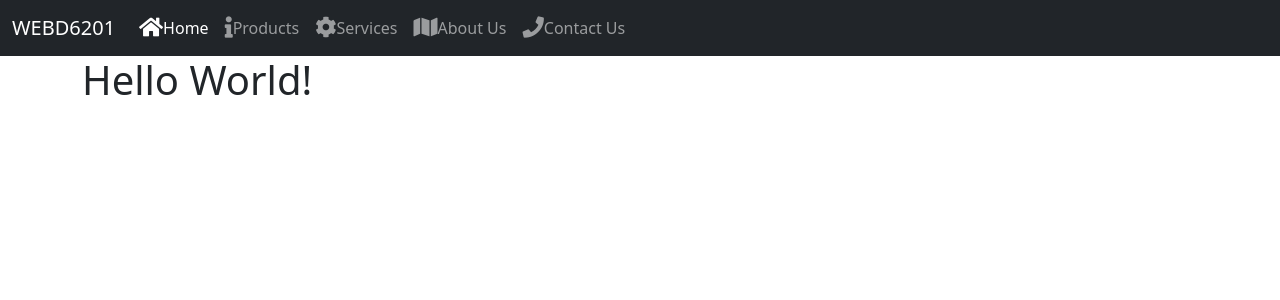
Repository: deividwsantoss/web6201-Lab1
Page: index.html
The author's editor kept a copy of each file at every save. The page is drawn from the files as they stood at one save, then again after the next save.
The browser window is 1280 px wide. The pictures show the whole page.

Above is the page before, as saved 2021-02-02 14:35:05.

### index.html
<!DOCTYPE html>
<html lang="en">
<head>
    <meta charset="UTF-8">
    <meta name="viewport" content="width=device-width, initial-scale=1.0">
    <title>Home</title>
</head>
<!-- CSS SECTION-->
<link rel="stylesheet" href="./node_modules/bootstrap/dist/css/bootstrap.min.css">
<link rel="stylesheet" href="./node_modules/@fortawesome/fontawesome-free/css/all.min.css">
<link rel="stylesheet" href="./Content/app.css">

<body>
    <!-- Main Header-->
    <header>
        <nav class="navbar navbar-expand-lg navbar-dark bg-dark">
            <div class="container-fluid">
              <a class="navbar-brand" href="Index.html">WEBD6201</a>
              <button class="navbar-toggler" type="button" data-bs-toggle="collapse" data-bs-target="#navbarSupportedContent" aria-controls="navbarSupportedContent" aria-expanded="false" aria-label="Toggle navigation">
                <span class="navbar-toggler-icon"></span>
              </button>
              <div class="collapse navbar-collapse" id="navbarSupportedContent">
                <ul class="navbar-nav me-auto mb-2 mb-lg-0">
                  <li class="nav-item">
                    <a class="nav-link active" aria-current="page" href="Index.html"><i class="fas fa-home fa-lg"></i>Home</a>
                  </li>
                  <li class="nav-item">
                    <a class="nav-link" aria-current="page" href="products.html"><i class="fas fa-info fa-lg"></i>Products</a>
                  </li>
                  <li class="nav-item">
                    <a class="nav-link" aria-current="page" href="services.html"><i class="fas fa-cog fa-lg"></i>Services</a>
                  </li>
                  <li class="nav-item">
                    <a class="nav-link" aria-current="page" href="about.html"><i class="fas fa-map fa-lg"></i>About Us</a>
                  </li>
                  <li class="nav-item">
                    <a class="nav-link" aria-current="page" href="contact.html"><i class="fas fa-phone fa-lg"></i>Contact Us</a>
                  </li>

                </ul>

              </div>
            </div>
          </nav>

    </header>


    <!-- Main Content-->
        <main class="container">
            <h1>Hello World!</h1>
        </main>

    <!--- Script Section-->
    <script src="./node_modules/bootstrap/dist/js/bootstrap.bundle.min.js"></script>
    <script src="./node_modules/jquery/dist/jquery.min.js"></script>
    <script src="./Scripts/app.js"></script>
</body>

</html>

### Content/app.css
/* Custom CSS goes here */

Loaded but not shown: node_modules/bootstrap/dist/css/bootstrap.min.css (library); node_modules/@fortawesome/fontawesome-free/css/all.min.css (library); node_modules/bootstrap/dist/js/bootstrap.bundle.min.js (library); node_modules/jquery/dist/jquery.min.js (library); Scripts/app.js (no copy from this time; the picture is the same without it)

After the next save:
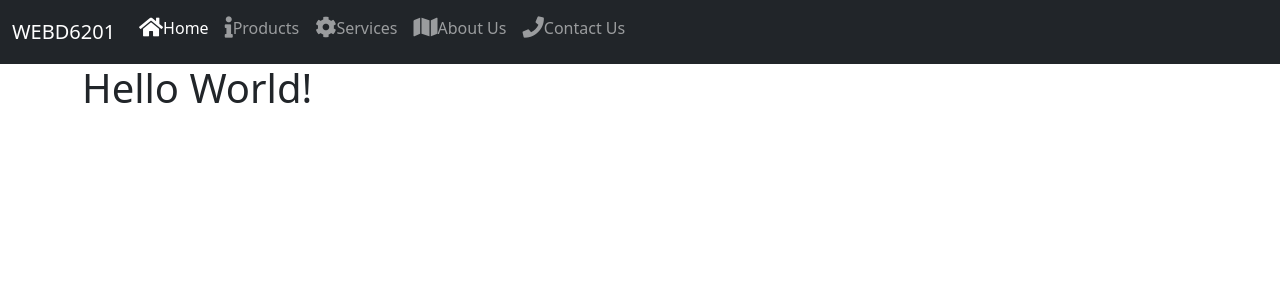
Saved 32 s later.
--- a/index.html
+++ b/index.html
@@ -20,7 +20,7 @@
                 <span class="navbar-toggler-icon"></span>
               </button>
               <div class="collapse navbar-collapse" id="navbarSupportedContent">
-                <ul class="navbar-nav me-auto mb-2 mb-lg-0">
+                <ul class="navbar-nav me-auto mb-2 mr-lg-0">
                   <li class="nav-item">
                     <a class="nav-link active" aria-current="page" href="Index.html"><i class="fas fa-home fa-lg"></i>Home</a>
                   </li>

After the save that followed:
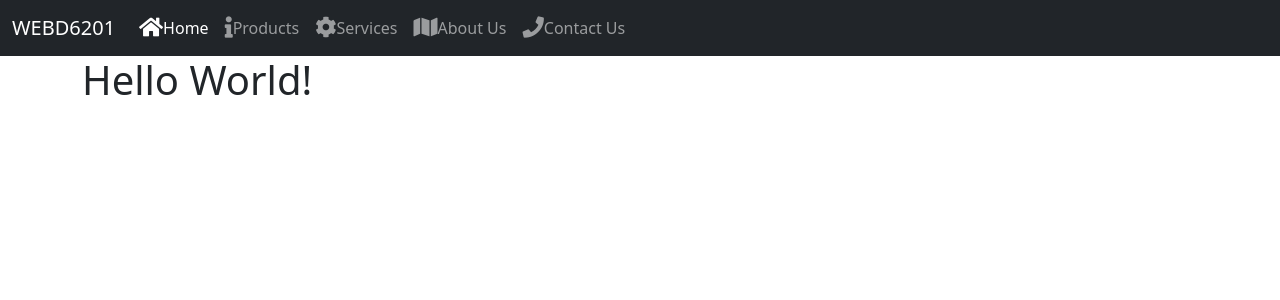
Saved 11 s later.
--- a/index.html
+++ b/index.html
@@ -20,7 +20,7 @@
                 <span class="navbar-toggler-icon"></span>
               </button>
               <div class="collapse navbar-collapse" id="navbarSupportedContent">
-                <ul class="navbar-nav me-auto mb-2 mr-lg-0">
+                <ul class="navbar-nav me-auto mr-2 mr-lg-0">
                   <li class="nav-item">
                     <a class="nav-link active" aria-current="page" href="Index.html"><i class="fas fa-home fa-lg"></i>Home</a>
                   </li>
